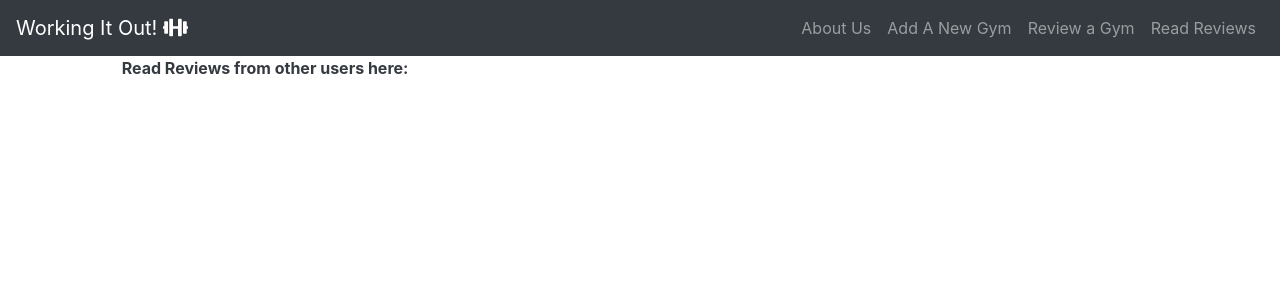
Repository: cgaynor91/Working_It_Out
Page: http://localhost/read_review
The author's editor kept a record of every edit. The page is drawn from the files as they stood at one moment, then again after the next edit.
The browser window is 1280 px wide. The pictures show the whole page.
Some web libraries are served in a nearby version. The page is served by the project's application, run on Flask 3 (app.py). Queries for data that is not in the repository find no rows.

Above is the page before.

After the next edit:
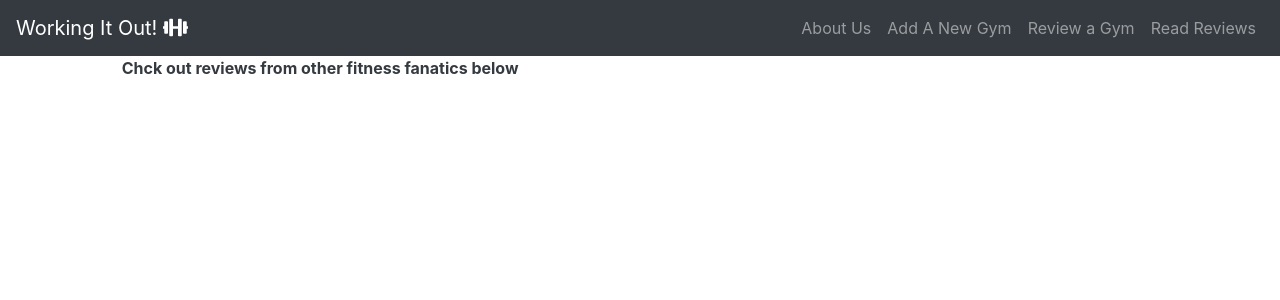
The edit:
--- a/templates/read_reviews.html
+++ b/templates/read_reviews.html
@@ -5,7 +5,7 @@
 
         <div class="row">
             <div class="col-10 text-dark welcome-text">
-                <p><strong>Read Reviews from other users here:</strong></p>
+                <p><strong>Chck out reviews from other fitness fanatics below</strong></p>
             </div>
         </div>
         <!–– River Reviews -->
